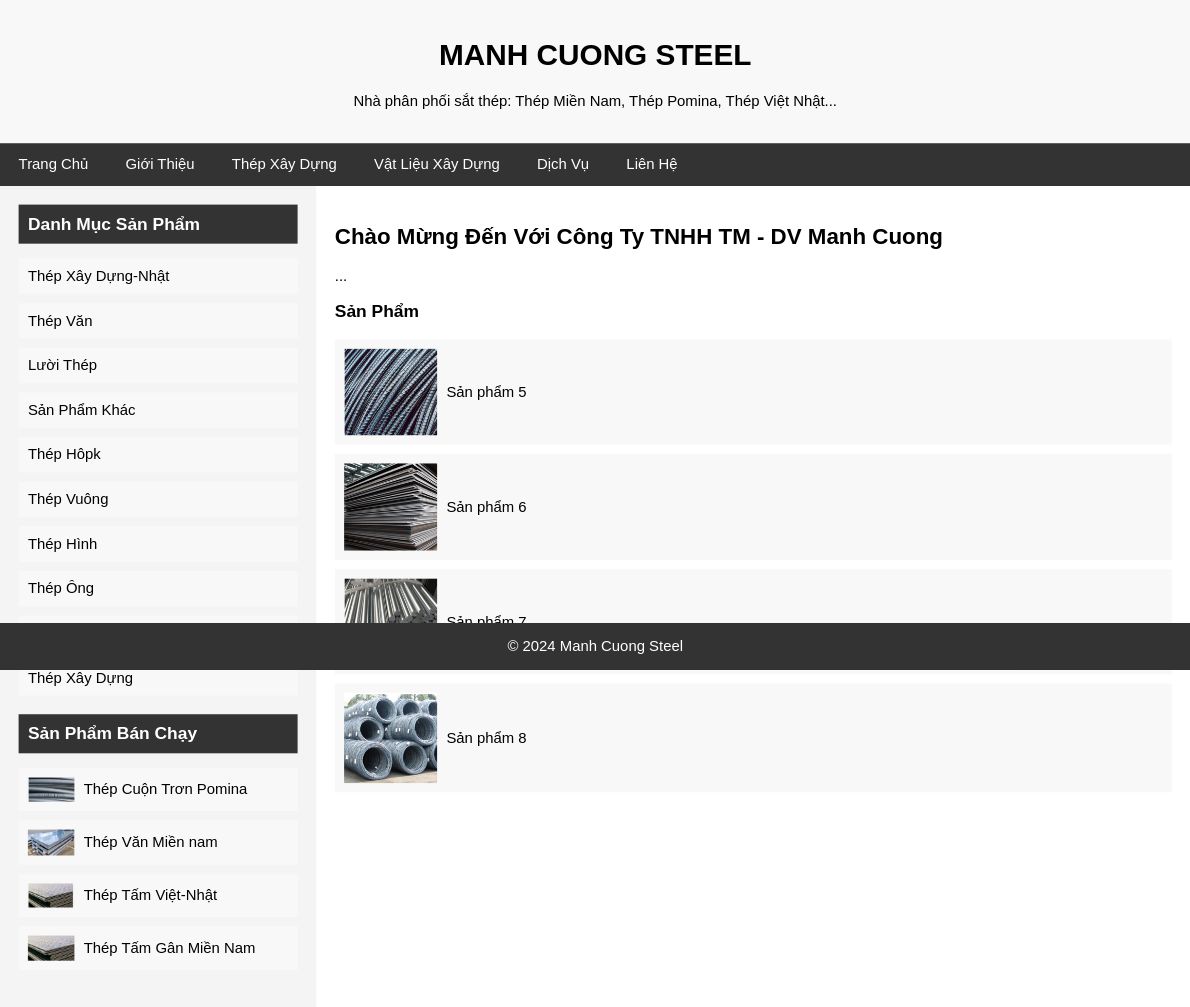
Repository: voduyquang123/quang2k4
Page: quang/FE/index.html
An editor plug-in stored every save of this project. The page is shown before and after the next save, followed by the edit.
The browser window is 1280 px wide. The pictures show the whole page, at 93% of full size.

Above is the page before, as saved 2024-06-22 10:23:26.

### quang/FE/index.html
<!DOCTYPE html>
<html lang="en">

<head>
    <meta charset="UTF-8">
    <meta name="viewport" content="width=device-width, initial-scale=1.0">
    <title>Manh Cuong Steel</title>
    <style>
        body {
            font-family: Arial, sans-serif;
            margin: 0;
            padding: 0;
            box-sizing: border-box;
        }

        header {
            background-color: #f8f8f8;
            padding: 20px;
            text-align: center;
        }

        nav {
            background-color: #333;
            overflow: hidden;
        }

        nav ul {
            list-style-type: none;
            margin: 0;
            padding: 0;
        }

        nav ul li {
            float: left;
        }

        nav ul li a {
            display: block;
            color: white;
            text-align: center;
            padding: 14px 20px;
            text-decoration: none;
        }

        nav ul li a:hover {
            background-color: #111;
        }

        .container {
            display: flex;
        }

        .sidebar {
            width: 25%;
            background-color: #f4f4f4;
            padding: 20px;
        }

        .content {
            width: 75%;
            padding: 20px;
        }

        .product-list,
        .best-sellers {
            margin-bottom: 20px;
        }

        .product-list h3,
        .best-sellers h3 {
            background-color: #333;
            color: white;
            padding: 10px;
            margin: 0;
        }

        .product-list ul,
        .best-sellers ul {
            list-style-type: none;
            padding: 0;
        }

        .product-list li,
        .best-sellers li {
            background-color: #f8f8f8;
            margin-bottom: 10px;
            padding: 10px;
            display: flex;
            align-items: center;
        }

        .product-list li img,
        .best-sellers li img {
            margin-right: 10px;
        }

        footer {
            background-color: #333;
            color: white;
            text-align: center;
            padding: 0px;
            position: fixed;
            width: 100%;
            bottom: 0;
        }
    </style>

</head>

<body>
    <header>
        <h1>MANH CUONG STEEL</h1>
        <p>Nhà phân phối sắt thép: Thép Miền Nam, Thép Pomina, Thép Việt Nhật...</p>
    </header>
    <nav>
        <ul>
            <li><a href="#">Trang Chủ</a></li>
            <li><a href="#">Giới Thiệu</a></li>
            <li><a href="#">Thép Xây Dựng</a></li>
            <li><a href="#">Vật Liệu Xây Dựng</a></li>
            <li><a href="#">Dịch Vụ</a></li>
            <li><a href="#">Liên Hệ</a></li>
        </ul>
    </nav>
    <div class="container">
        <div class="sidebar">
            <div class="product-list">
                <h3>Danh Mục Sản Phẩm</h3>
                <ul>
                    <li>Thép Xây Dựng-Nhật</li>
                    <li>Thép Văn</li>
                    <li>Lười Thép</li>
                    <li>Sản Phẩm Khác</li>
                    <li>Thép Hôpk</li>
                    <li>Thép Vuông</li>
                    <li>Thép Hình</li>
                    <li>Thép Ông</li>
                    <li>Thép Cuốn </li>
                    <li>Thép Xây Dựng</li>
                </ul>
            </div>
            <div class="best-sellers">
                <h3>Sản Phẩm Bán Chạy</h3>
                <ul>
                    <li><img src="img/1.png" alt="Sản phẩm 1" width="50"> Thép Cuộn Trơn Pomina</li>
                    <li><img src="img/2.png" alt="Sản phẩm 2" width="50"> Thép Văn Miền nam </li>
                    <li><img src="img/3.png" alt="Sản phẩm 3" width="50"> Thép Tấm Việt-Nhật</li>
                    <li><img src="img/4.png" alt="Sản phẩm 4" width="50"> Thép Tấm Gân Miền Nam</li>
                </ul>
            </div>
        </div>
        <div class="content">
            <h2>Chào Mừng Đến Với Công Ty TNHH TM - DV Manh Cuong</h2>
            <p>...</p>
            <h3>Sản Phẩm</h3>
            <div class="product-list">
                <ul>
                    <li><img src="img/5.png" alt="Sản phẩm 5" width="100"> Sản phẩm 5</li>
                    <li><img src="img/6.png" .jpg" alt="Sản phẩm 6" width="100"> Sản phẩm 6</li>
                    <li><img src="img/7.png" alt="Sản phẩm 7" width="100"> Sản phẩm 7</li>
                    <li><img src="img/8.png" alt="Sản phẩm 8" width="100"> Sản phẩm 8</li>
                </ul>
            </div>
        </div>
    </div>
    <footer>
        <p>&copy; 2024 Manh Cuong Steel</p>
    </footer>
</body>

</html>

After the next save:
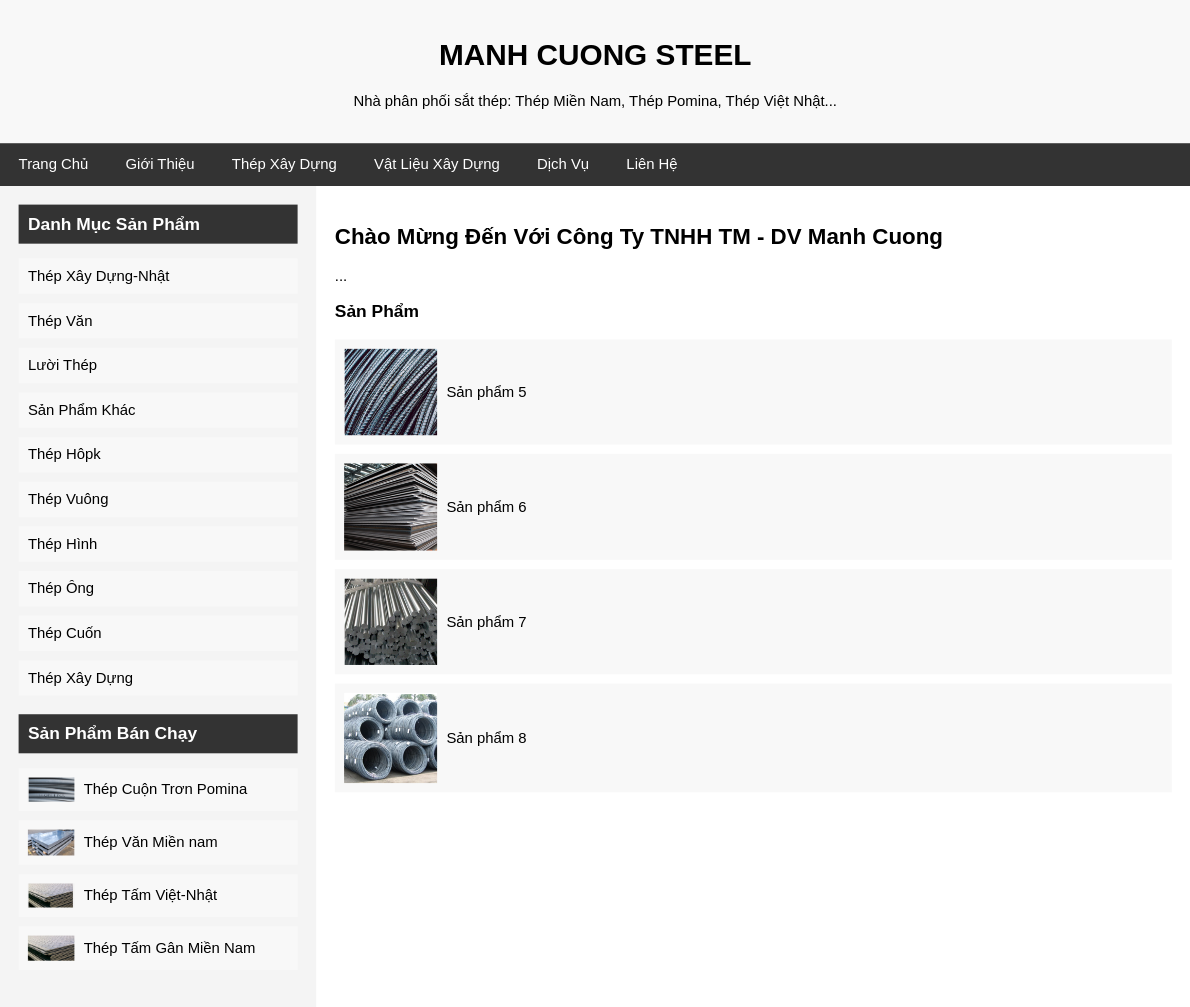
Saved 10 s later.
--- a/quang/FE/index.html
+++ b/quang/FE/index.html
@@ -101,7 +101,7 @@
             padding: 0px;
             position: fixed;
             width: 100%;
-            bottom: 0;
+            bottom: 10;
         }
     </style>
 

After the 2 saves that followed:
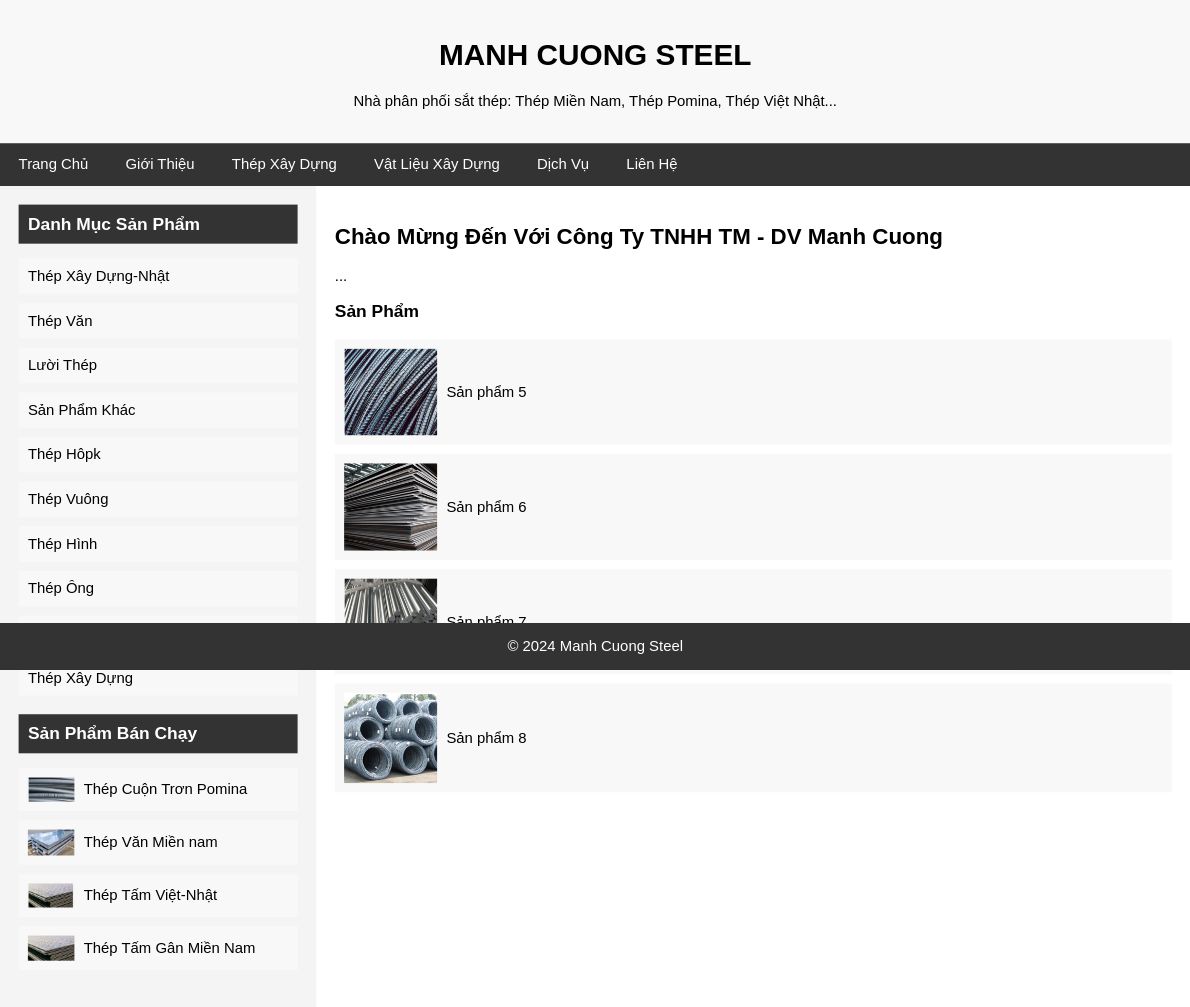
The 2 saves are shown as one change because 1 left the picture as it was.
The last was saved 19 s later.
--- a/quang/FE/index.html
+++ b/quang/FE/index.html
@@ -101,7 +101,7 @@
             padding: 0px;
             position: fixed;
             width: 100%;
-            bottom: 10;
+            bottom: 0;
         }
     </style>
 
